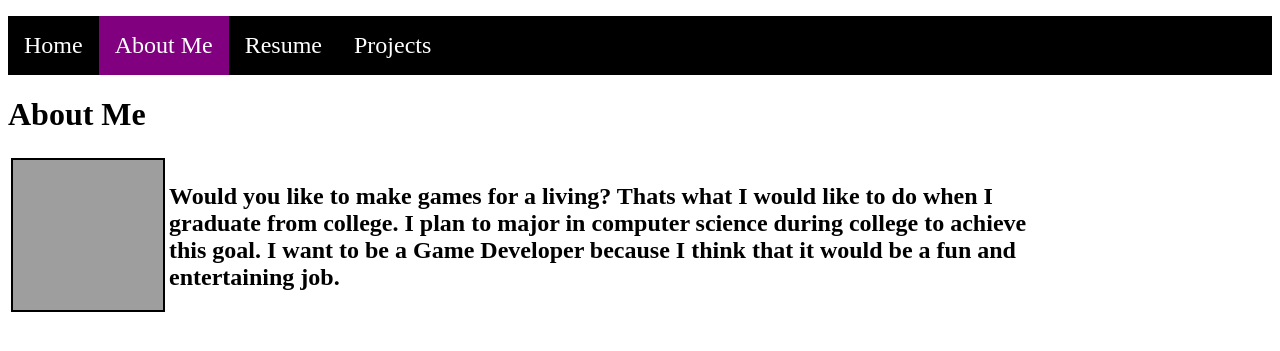
Repository: Artlepop/Artlepop.github.io
Page: aboutme.html
The author's editor kept a record of every edit. The page is drawn from the files as they stood at one moment, then again after the next edit.
The browser window is 1280 px wide. The pictures show the whole page.
Pictures or frames that could not be fetched are drawn as grey boxes.

Above is the page before.

### aboutme.html
<!DOCTYPE html>
<html>
  <head>
  <title>Home</title>
  <link rel="stylesheet" type="text/css" href="style.css">
  <style>
      .aboutimg{
          border: 2px solid black;
          height: 150px;
          width: 150px;
      }

      .firstparagraph{
          float: right;
          padding-right: 200px;
      }
  </style>
  </head>
  <body>
    <ul class="navbar">
      <li><a href="index.html">Home</a></li>
      <li class = "active"><a href="aboutme.html">About Me</a></li>
      <li><a href="resume.html">Resume</a></li>
      <li class = "dropdown">
        <div>Projects</div>
        <ul class="dropdown-content">
          <li><a href="project1.html">Project 1</a></li>
          <li><a href="project2.html">Project 2</a></li>
          <li><a href="project3.html">Project 3</a></li>
        </ul>
      </li>
    </ul>
    <h1>About Me</h1>
    <table>
      <tr>
        <td><img class = "aboutimg" src = "https://www.gormankelly.com.au/wp-content/uploads/2019/03/Placeholder-Team-Image.jpg"></td>
        <td><h2 class = "firstparagraph"> Would you like to make games for a living? Thats what I would like to do
    when I graduate from college. I plan to major in computer science during college to achieve this goal.
    I want to be a Game Developer because I think that it would be a fun and entertaining job.</h2></td>
      </tr>
    </table>
  </body>
</html>

### style.css
    .navbar{
      list-style: none;
      background-color: black;
      overflow: hidden;
      padding: 0;
    }

    .navbar a, .dropdown div{
      text-decoration: none;
      color: white;
      font-size: 24px;
      padding: 16px;
      display: inline-block;
    }

    .navbar li{
      float: left;
    }

    .navbar li:hover{
      background-color: purple;
    }

    a:Hover, div:Hover{
        color: black;
    }

    .dropdown-content{
      list-style: none;
      padding: 0;
      display: none;
      position: absolute;
      z-index: 1;
    }

    .dropdown-content li{
      float:none;
      background-color: purple;
    }

    .dropdown:hover .dropdown-content{
      display: block;
    }

    .active
    {
      background-color: purple;
    }

After the next edit:
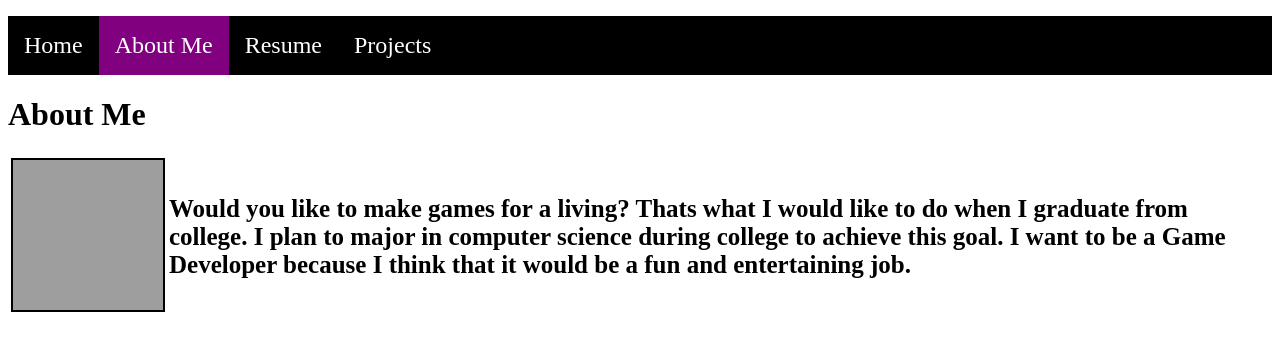
The edit:
--- a/aboutme.html
+++ b/aboutme.html
@@ -11,8 +11,7 @@
       }
 
       .firstparagraph{
-          float: right;
-          padding-right: 200px;
+          font-size: 25px;
       }
   </style>
   </head>
